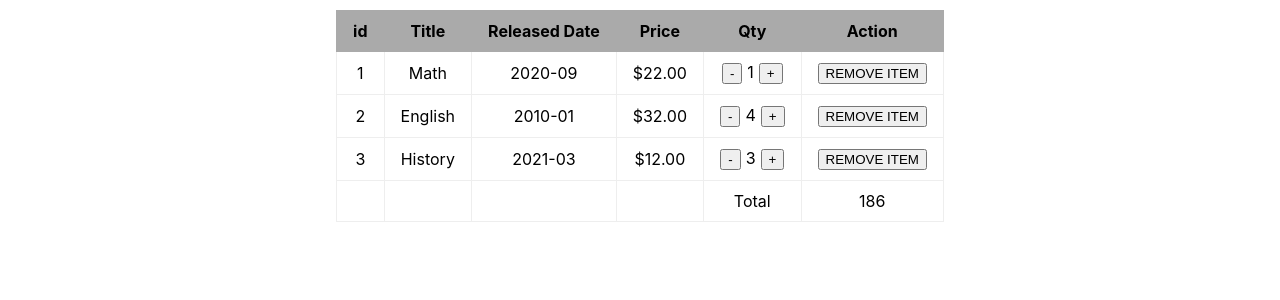
Repository: vgg1kkh/myBookStoreBasket
Page: /
An editor plug-in stored every save of this project. The page is shown before and after a run of saves, followed by the edit.
The browser window is 1280 px wide. The pictures show the whole page.
The project was rebuilt for these pictures with package versions that can differ from the ones it lists, and the page was loaded fresh each time.

Above is the page before, as saved 2021-10-07 16:51:51.

### public/index.html
<!DOCTYPE html>
<html lang="en">
  <head>
    <meta charset="utf-8" />
    <link rel="icon" href="%PUBLIC_URL%/favicon.ico" />
    <meta name="viewport" content="width=device-width, initial-scale=1" />
    <meta name="theme-color" content="#000000" />
    <meta
      name="description"
      content="Web site created using create-react-app"
    />
    <title>React App</title>
  </head>
  <body>
    <noscript>You need to enable JavaScript to run this app.</noscript>
    <div id="root"></div>

  </body>
</html>

### src/App.js
import React, { Component } from "react";
import { formatPrice } from "./format-util";
import "./App.css";

export default class App extends Component {
  constructor() {
    super();
    this.state = {
      bookList: [
        { id: 3, name: "Math", date: "2020-09", price: 22, number: 1 },
        { id: 4, name: "English", date: "2010-01", price: 32, number: 4 },
        { id: 5, name: "History", date: "2021-03", price: 12, number: 3 },
      ],
    };
  }

  getTotalPrice() {
    // this.state.bookList.reduce(
    //   (pre, item) => (pre = item.price * item.number + pre)
    // );
    let totalPrice = 0
    for(let i of this.state.bookList){
        totalPrice = i.price * i.number + totalPrice
    }
    return totalPrice
  }
  render() {
    return (
      <>
        <div>
          <table className="table-wrapper">
            <thead>
              <tr>
                <th>id</th>
                <th>Title</th>
                <th>Released Date</th>
                <th>Price</th>
                <th>Qty</th>
                <th>Action</th>
              </tr>
            </thead>
            <tbody>
              {this.state.bookList.map((item, index) => {
                return (
                  <tr key={item.id}>
                    <td>{index + 1}</td>
                    <td>{item.name}</td>
                    <td>{item.date}</td>
                    <td>{formatPrice(item.price)}</td>
                    <td>
                      <button>-</button>
                      <span className="book-qty">
                        {item.number}
                      </span>
                      <button>+</button>
                    </td>
                    <td>
                      <button>REMOVE ITEM</button>
                    </td>
                  </tr>
                );
              })}
              <tr>
                <td></td>
                <td></td>
                <td></td>
                <td></td>
                <td>Total</td>
                <td>{this.getTotalPrice()}</td>
              </tr>
            </tbody>
          </table>
        </div>

      </>
    );
  }
}

### src/format-util.js
export function formatPrice(price){
    if(typeof price !== "number"){
        return Number(price) || 0
    }
    return ("$"+price.toFixed(2))
}

### src/App.css
.table-wrapper {
    margin: 10px auto;
    border: 1px solid #eee;
    border-collapse: collapse;
    text-align: center;
}

th,td {
    border: 1px solid #eee;
    padding: 10px 16px;
    /* border-collapse: collapse; */
}

th {
    background-color: #aaa;
    border-color: #aaa
}
table tbody tr:{
    background-color: #aaa;
}
.book-qty {
    margin: 0 5px;
}

Loaded but not shown: src/index.js (common file); src/index.css (common file)

After the next 2 saves:
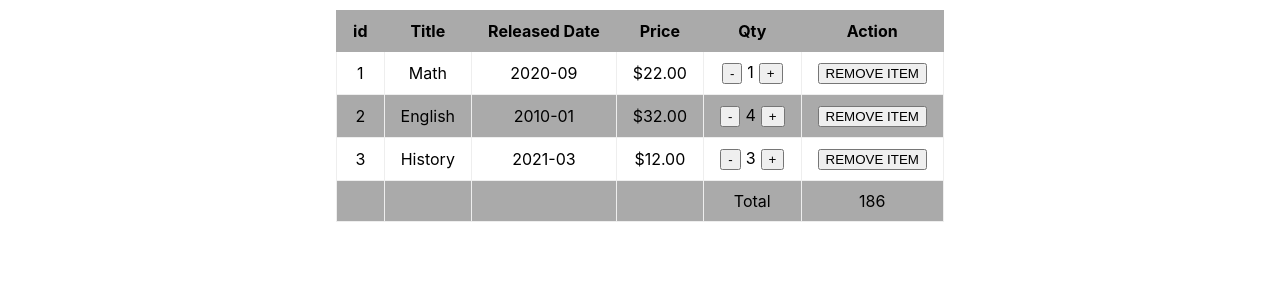
The 2 saves are shown as one change because they came seconds apart.
The last was saved 10 s later.
--- a/src/App.css
+++ b/src/App.css
@@ -15,7 +15,7 @@ th {
     background-color: #aaa;
     border-color: #aaa
 }
-table tbody tr:{
+table tbody tr:nth-child(2n){
     background-color: #aaa;
 }
 .book-qty {
